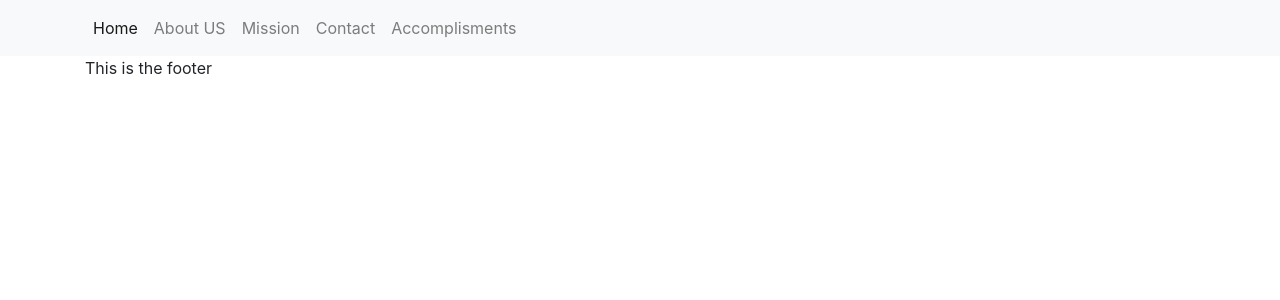
Repository: vipulx44/Prayas-Seva
Page: http://localhost/?page=1
An editor plug-in stored every save of this project. The page is shown before and after the next save, followed by the edit.
The browser window is 1280 px wide. The pictures show the whole page.
Some web libraries are served in a nearby version. The page is run by PHP 8.4 with error messages shown; the project is at /var/www/html/.

Above is the page before, as saved 2017-09-23 14:06:20.

### Prayasfirst/index.php
<!DOCTYPE HTML>
<html>
	<head>

		<meta charset="utf-8">
    	<meta name="viewport" content="width=device-width, initial-scale=1, shrink-to-fit=no">

    	<!-- FONT AWESOME-->
    	<script src="https://use.fontawesome.com/3ce65aca62.js"></script>

    	<!-- BOOTSTRAP -->
    	<link rel="stylesheet" href="https://maxcdn.bootstrapcdn.com/bootstrap/4.0.0-beta/css/bootstrap.min.css" integrity="sha384-/Y6pD6FV/Vv2HJnA6t+vslU6fwYXjCFtcEpHbNJ0lyAFsXTsjBbfaDjzALeQsN6M" crossorigin="anonymous">

  		<!-- Plugins -->
  		<script src="https://code.jquery.com/jquery-3.2.1.slim.min.js" integrity="sha384-KJ3o2DKtIkvYIK3UENzmM7KCkRr/rE9/Qpg6aAZGJwFDMVNA/GpGFF93hXpG5KkN" crossorigin="anonymous"></script>
		<script src="https://cdnjs.cloudflare.com/ajax/libs/popper.js/1.11.0/umd/popper.min.js" integrity="sha384-b/U6ypiBEHpOf/4+1nzFpr53nxSS+GLCkfwBdFNTxtclqqenISfwAzpKaMNFNmj4" crossorigin="anonymous"></script>
		<script src="https://maxcdn.bootstrapcdn.com/bootstrap/4.0.0-beta/js/bootstrap.min.js" integrity="sha384-h0AbiXch4ZDo7tp9hKZ4TsHbi047NrKGLO3SEJAg45jXxnGIfYzk4Si90RDIqNm1" crossorigin="anonymous"></script>


   	</head>

	<body>


		<nav class="navbar navbar-expand-lg navbar-light bg-light">
					<div class="container">
					     <ul class="navbar-nav mr-auto">
					      <li class="nav-item active">
					        <a class="nav-link" href="#">Home <span class="sr-only">(current)</span></a>
					      </li>
					      <li class="nav-item">
				    	    <a class="nav-link" href="#">About US</a>
					      </li>
					      <li class="nav-item">
					        <a class="nav-link" href="#">Mission</a>
					      </li>
					      <li class="nav-item">
					        <a class="nav-link" href="#">Contact</a>
					      </li>
					      <li class="nav-item">
				        	<a class="nav-link" href="#">Accomplisments</a>
				    	  </li>
					    </ul>
					  </div>
		</nav>  <!-- End Main Navigation -->

		<footer class="footer">
			<div class="container">
				This is the footer
			</div>
		</footer>




	</body>


</html>

After the next save:
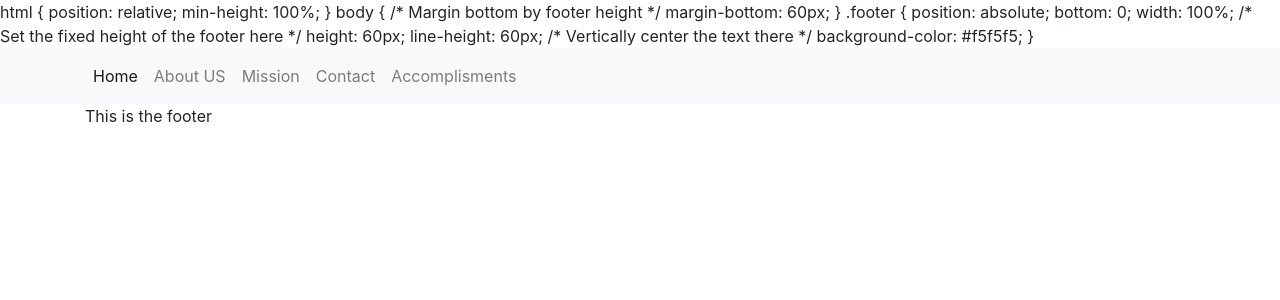
Saved 3 min 19 s later.
--- a/Prayasfirst/index.php
+++ b/Prayasfirst/index.php
@@ -15,6 +15,29 @@
   		<script src="https://code.jquery.com/jquery-3.2.1.slim.min.js" integrity="sha384-KJ3o2DKtIkvYIK3UENzmM7KCkRr/rE9/Qpg6aAZGJwFDMVNA/GpGFF93hXpG5KkN" crossorigin="anonymous"></script>
 		<script src="https://cdnjs.cloudflare.com/ajax/libs/popper.js/1.11.0/umd/popper.min.js" integrity="sha384-b/U6ypiBEHpOf/4+1nzFpr53nxSS+GLCkfwBdFNTxtclqqenISfwAzpKaMNFNmj4" crossorigin="anonymous"></script>
 		<script src="https://maxcdn.bootstrapcdn.com/bootstrap/4.0.0-beta/js/bootstrap.min.js" integrity="sha384-h0AbiXch4ZDo7tp9hKZ4TsHbi047NrKGLO3SEJAg45jXxnGIfYzk4Si90RDIqNm1" crossorigin="anonymous"></script>
+
+  		<stlye>
+
+		html {
+			  position: relative;
+			  min-height: 100%;
+		  	}
+		body {
+			  /* Margin bottom by footer height */
+			  margin-bottom: 60px;
+			}
+	.footer {
+			  position: absolute;
+			  bottom: 0;
+			  width: 100%;
+			  /* Set the fixed height of the footer here */
+			  height: 60px;
+			  line-height: 60px; /* Vertically center the text there */
+			  background-color: #f5f5f5;
+			}
+
+  		</style>
+
 
 
    	</head>

After the 2 saves that followed:
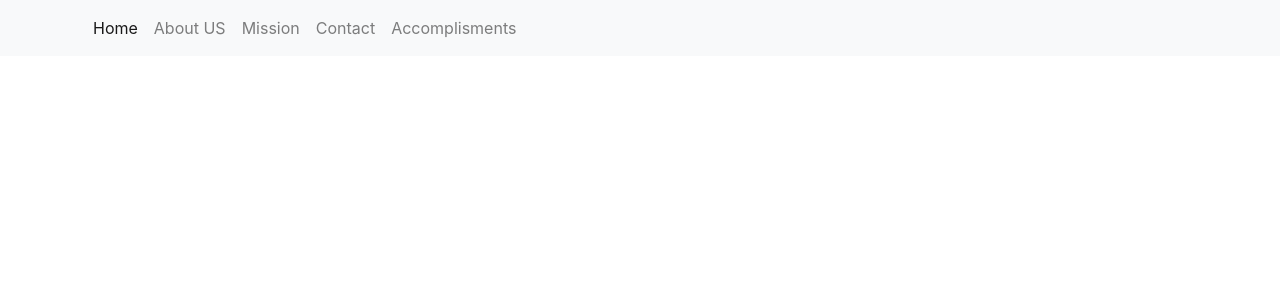
The 2 saves are shown as one change because 1 left the picture as it was.
The last was saved 6 min 6 s later.
--- a/Prayasfirst/index.php
+++ b/Prayasfirst/index.php
@@ -16,31 +16,8 @@
 		<script src="https://cdnjs.cloudflare.com/ajax/libs/popper.js/1.11.0/umd/popper.min.js" integrity="sha384-b/U6ypiBEHpOf/4+1nzFpr53nxSS+GLCkfwBdFNTxtclqqenISfwAzpKaMNFNmj4" crossorigin="anonymous"></script>
 		<script src="https://maxcdn.bootstrapcdn.com/bootstrap/4.0.0-beta/js/bootstrap.min.js" integrity="sha384-h0AbiXch4ZDo7tp9hKZ4TsHbi047NrKGLO3SEJAg45jXxnGIfYzk4Si90RDIqNm1" crossorigin="anonymous"></script>
 
-  		<stlye>
 
-		html {
-			  position: relative;
-			  min-height: 100%;
-		  	}
-		body {
-			  /* Margin bottom by footer height */
-			  margin-bottom: 60px;
-			}
-	.footer {
-			  position: absolute;
-			  bottom: 0;
-			  width: 100%;
-			  /* Set the fixed height of the footer here */
-			  height: 60px;
-			  line-height: 60px; /* Vertically center the text there */
-			  background-color: #f5f5f5;
-			}
-
-  		</style>
-
-
-
-   	</head>
+  	</head>
 
 	<body>
 
@@ -67,13 +44,6 @@
 					  </div>
 		</nav>  <!-- End Main Navigation -->
 
-		<footer class="footer">
-			<div class="container">
-				This is the footer
-			</div>
-		</footer>
-
-
 
 
 	</body>
